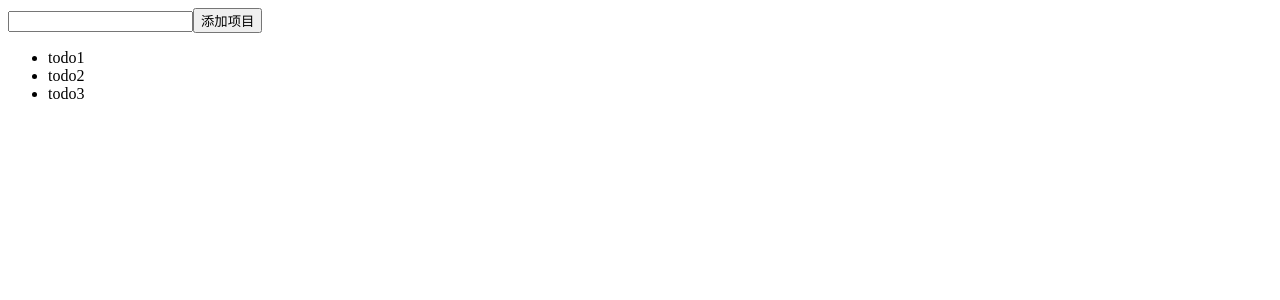
Repository: ArtemisWang/todolistProject
Page: /
These files come from the project's save history. The page is drawn as it stood at one moment and after the next save; the edit follows.
The browser window is 1280 px wide. The pictures show the whole page.
The project was rebuilt for these pictures with package versions that can differ from the ones it lists, and the page was loaded fresh each time.

Above is the page before, as saved 2020-02-28 20:47:11.

### src/App.js
import React,{useState} from 'react';
const App=function(){

    const [list, setList]=useState({item:['todo1','todo2','todo3'],})

    return (
    <div className='app'>
        <div className='input'>
            <input/>
            <button>添加项目</button>
        </div>
        <div className='u-list'>
            <ul>
                {list.item.map((it,i)=>(<li key={it+i}>{it}</li>))}
            </ul>
        </div>
    </div>)
}




export default App

Loaded but not shown: public/index.html (common file); src/index.js (common file)

After the next save:
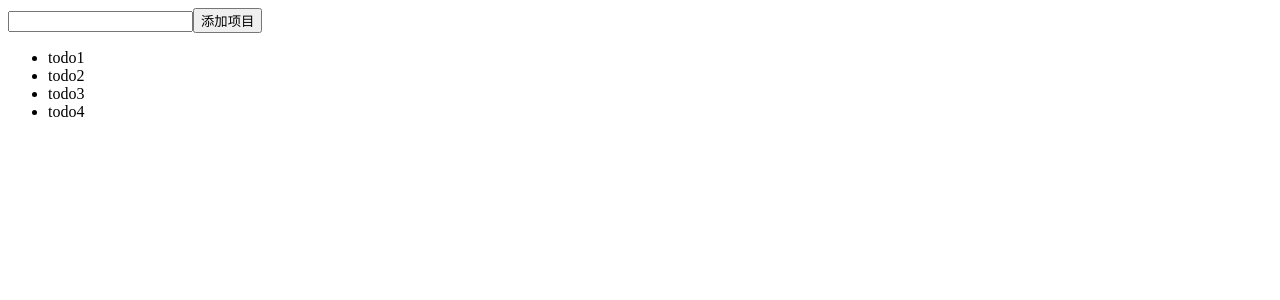
Saved 34 s later.
--- a/src/App.js
+++ b/src/App.js
@@ -1,7 +1,7 @@
 import React,{useState} from 'react';
 const App=function(){
 
-    const [list, setList]=useState({item:['todo1','todo2','todo3'],})
+    const [list, setList]=useState({item:['todo1','todo2','todo3','todo4'],})
 
     return (
     <div className='app'>
